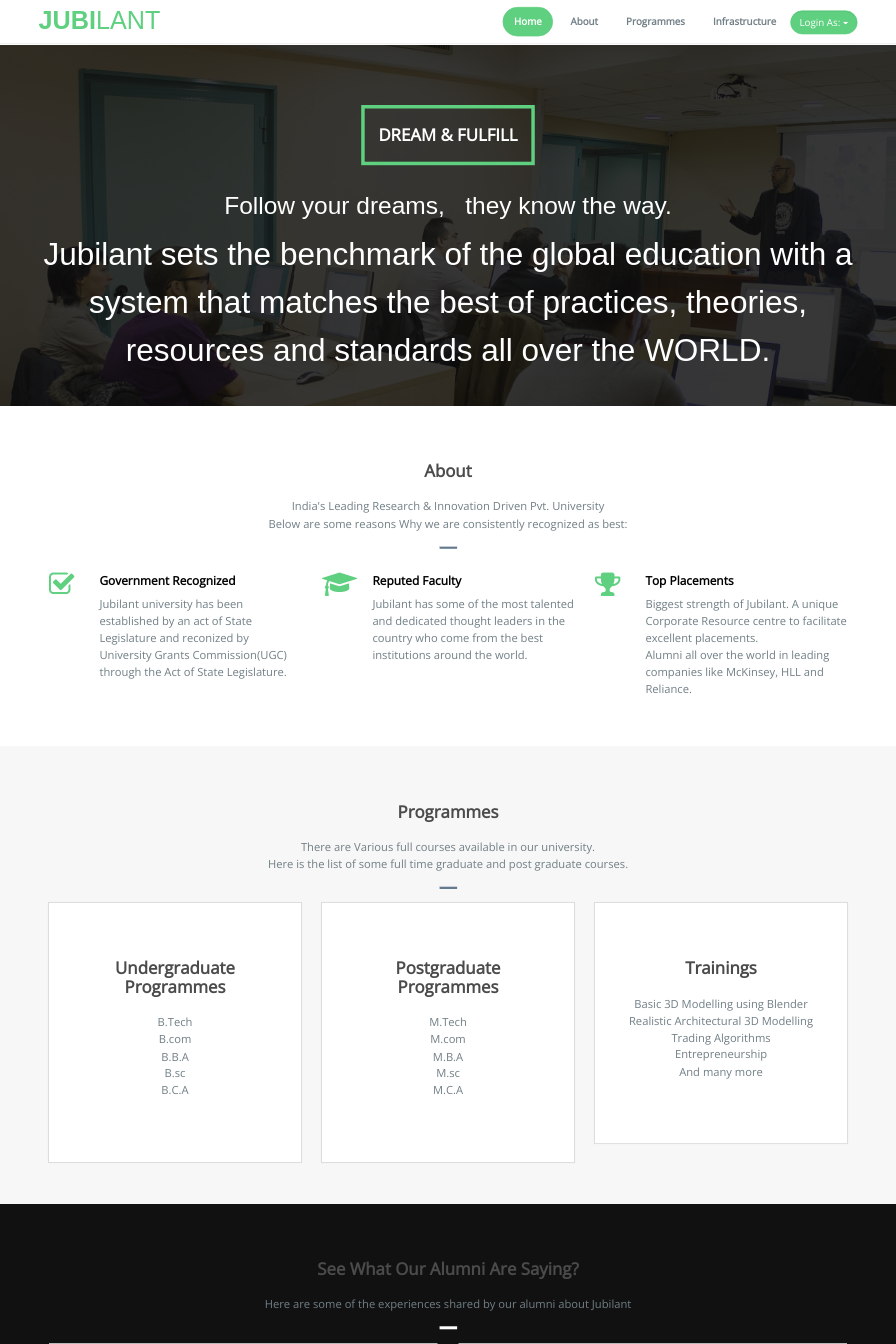
Repository: GauravC8/UMS
Page: http://localhost/login/WEB-INF/index.jsp
The author's editor kept a copy of each file at every save. The page is drawn from the files as they stood at one save, then again after the next save.
The browser window is 1280 px wide. The pictures show the part of the page from y = 0 to 1920 px (the page is 3363 px tall), at 70% of full size.
Some web fonts or font styles are not loaded; a fallback is used. The page is served by Tomcat 9. Nobody is signed in. The template is opened directly, without the code that normally fills it, so the values that code supplies are empty.

Above is the page before, as saved 2019-04-08 11:05:08.

After the next save:
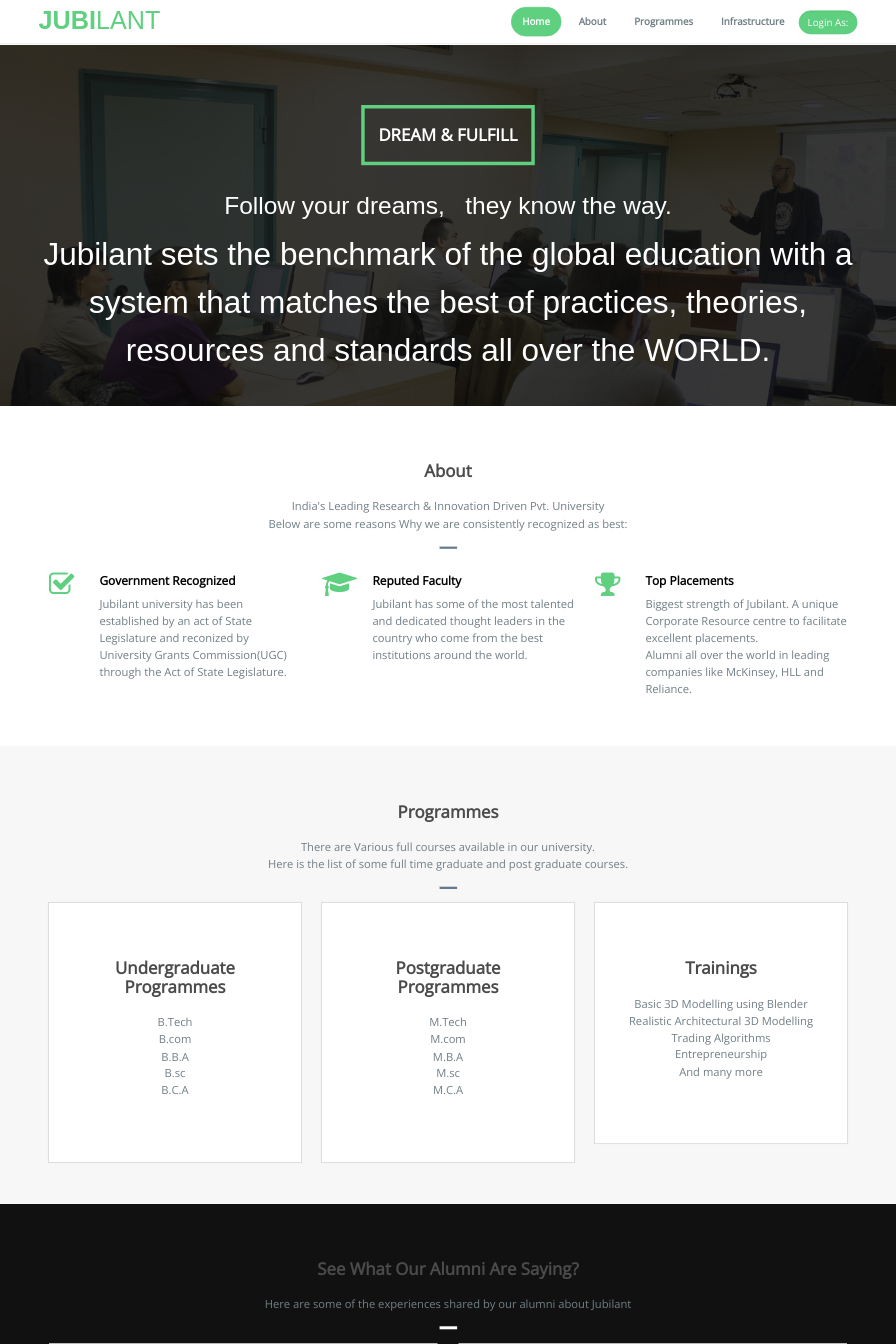
Saved 103 s later.
--- a/login/src/main/webapp/WEB-INF/index.jsp
+++ b/login/src/main/webapp/WEB-INF/index.jsp
@@ -38,11 +38,11 @@
 					<li><a href="#about">About</a></li>
 					<li><a href="#programmes">Programmes</a></li>
 					<li><a href="#infrasturcture">Infrastructure</a></li>
-					<li>
+					<li >
 						<div class="dropdown">
 							<button class="btn btn-default dropdown-toggle form-control"
 								type="button" id="menu1" data-toggle="dropdown">
-								Login As: <span class="caret"></span>
+								Login As: <span class="navbar-nav"></span>
 							</button>
 							<ul class="dropdown-menu" role="menu" aria-labelledby="menu1">
 								<li role="presentation"><a role="menuitem" tabindex="-1"
